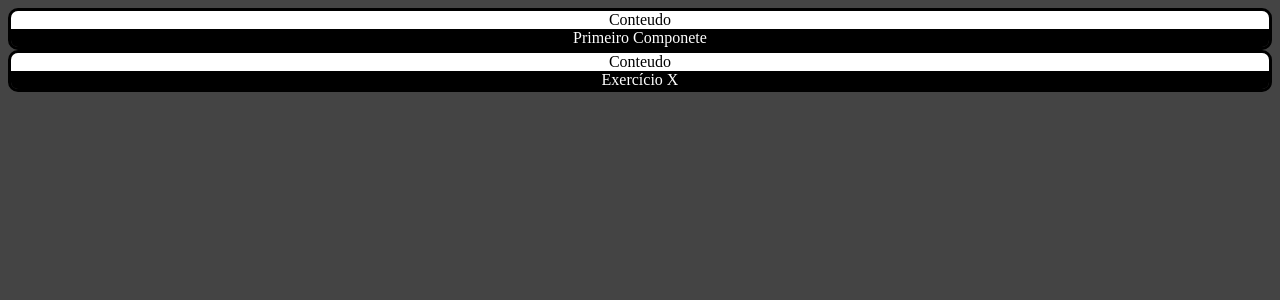
Repository: ClaytonEduard/fundamentos-react
Page: /
The author's editor kept a copy of each file at every save. The page is drawn from the files as they stood at one save, then again after a run of saves.
The browser window is 1280 px wide. The pictures show the whole page.
The project was rebuilt for these pictures with package versions that can differ from the ones it lists, and the page was loaded fresh each time. Also part of the build but not shown: src/components/ComParametro.jsx, src/components/ComFilhos.jsx.

Above is the page before, as saved 2022-06-18 10:30:42.

### src/index.js
import './index.css';
import React from 'react';
import ReactDOM from 'react-dom';

// importando a function
import Primeiro from './components/Primeiro'
import ComParametro from './components/ComParametro';
import ComFilhos from './components/ComFilhos';
import Card from './components/layout/Card';

// iniciando a rederização
ReactDOM.render(
    <div>
        <Card titulo='Primeiro Componete'>
            Conteudo
        </Card>
        <Card titulo='Exercício X'>
            Conteudo
        </Card>
        {/* <ComFilhos>
            <ul>
                <li>Ana</li>
                <li>Bia</li>
                <li>Carlos</li>
                <li>Daniel</li>
            </ul>
        </ComFilhos> */}

        {/* <Primeiro />
        <ComParametro titulo="Esse é o titulo" subtitulo="subtitulo" /> */}

    </div>,
    document.getElementById('root')
)

### src/index.css
body {
    font-family: Oswald;
    font-weight: 300;
    font-size: 2rm;
    background-color: #444;
    color: #fff;
    text-align: center;
}

h1, h2 {
    font-weight: 300;
}

### src/components/layout/Card.jsx
import './Card.css'
import React from 'react'

// componete baseado em funcao
export default props =>
    // aplicando class CSS, no caso do React não se usa a class
    <div className="Card">
        <div className='Conteudo'>
            {props.children}
        </div>
        <div className='Footer'>
            {props.titulo}
        </div>
    </div>

### src/components/layout/Card.css
.Card {
    border: 3px solid #000;
    border-radius: 10px;
    overflow: hidden;
}

.Card .Conteudo {
    background-color: #fff;
    color: #000;
}
.Card .Footer {
    background-color: #000;
    color: #fff;
}

### src/components/Primeiro.jsx
import React from 'react';

// primeira funcao
export default () =>
    <React.Fragment>
        <h1>Primeiro</h1>
        <h2>Exemplo de um componnete React</h2>
    </React.Fragment>


// exportando funcao
//export default Primeiro

Loaded but not shown: public/index.html (common file)

After the next 2 saves:
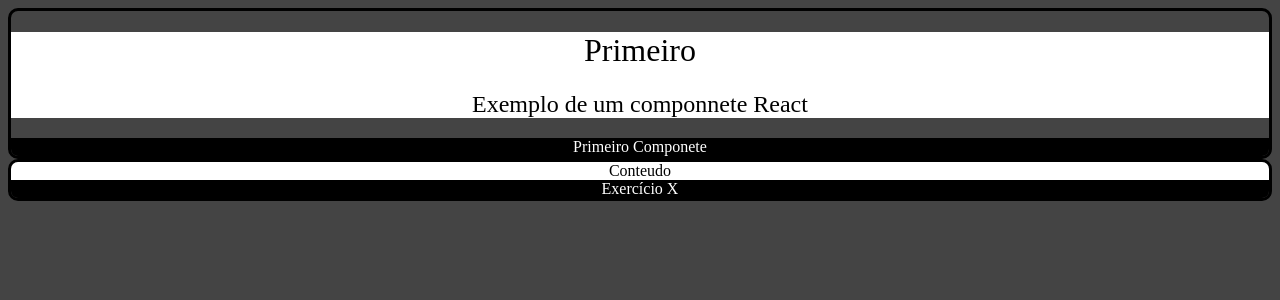
The 2 saves are shown as one change because they came seconds apart.
The last was saved 26 s later.
--- a/src/index.js
+++ b/src/index.js
@@ -12,7 +12,7 @@ import Card from './components/layout/Card';
 ReactDOM.render(
     <div>
         <Card titulo='Primeiro Componete'>
-            Conteudo
+            <Primeiro />
         </Card>
         <Card titulo='Exercício X'>
             Conteudo
